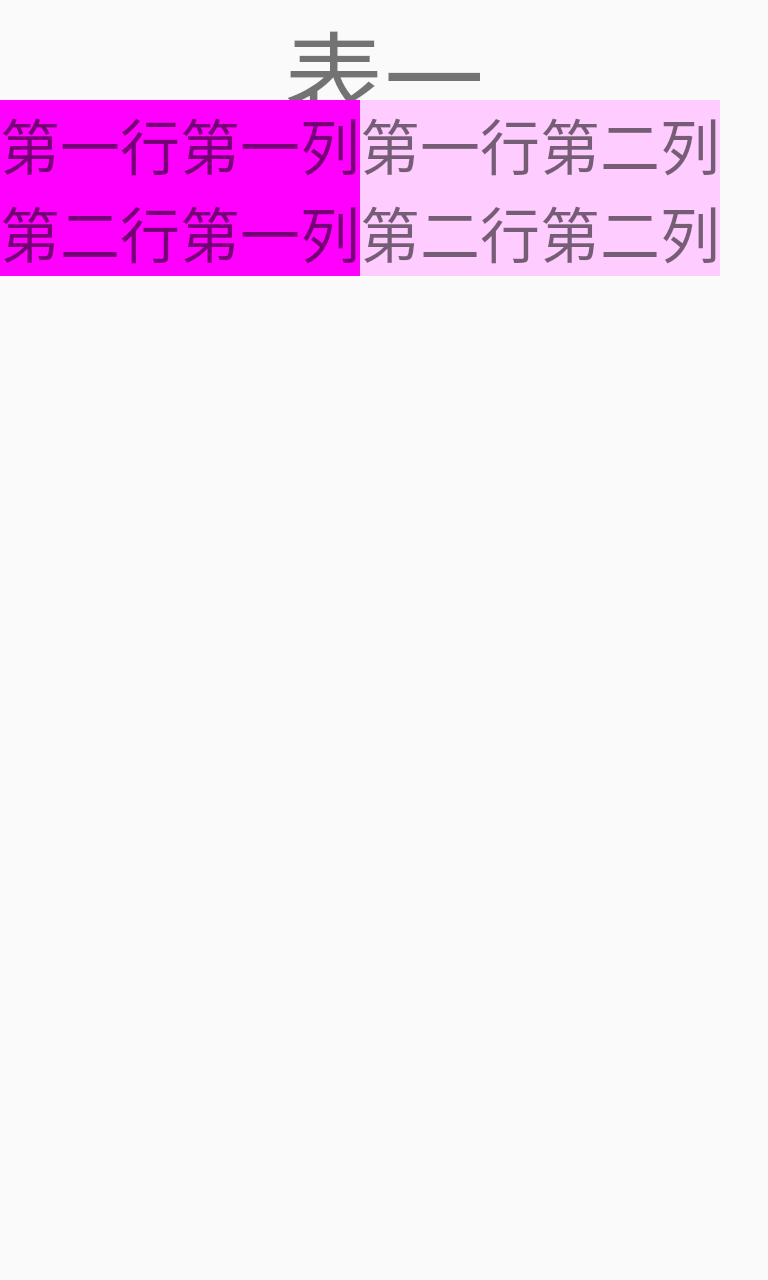
Repository: A207/guanjingjing
Layout: day4/LayoutApp/res/layout/activity_table_layout.xml
An editor plug-in stored every save of this project. The layout is shown before and after the next save, followed by the edit.
It is drawn on a 768 x 1280 px phone screen (xhdpi) without system bars, with theme AppTheme; the app's code is not run.

Above is the layout before, as saved 2015-07-09 10:53:35.

### day4/LayoutApp/res/layout/activity_table_layout.xml
<?xml version="1.0" encoding="utf-8"?>
<TableLayout xmlns:android="http://schemas.android.com/apk/res/android"
    android:layout_width="match_parent"
    android:layout_height="match_parent" >

    <TextView
        android:layout_width="match_parent"
        android:layout_height="50dp"
        android:text="表一"
        android:textSize="50sp"
        android:gravity="center"></TextView>
    <TableRow
        android:layout_width="match_parent"
        android:layout_height="wrap_content">
        	<TextView
            	android:text="第一行第一列"
            	android:textSize="30sp"
            	android:background="#ff00ff"></TextView>
        		<TextView
            	android:text="第一行第二列"
            	android:textSize="30sp"
            	android:background="#ffccff"></TextView>
    </TableRow>
    <TableRow
        android:layout_width="match_parent"
        android:layout_height="wrap_content">
        	<TextView
            	android:text="第二行第一列"
            	android:textSize="30sp"
            	android:background="#ff00ff"></TextView>
        		<TextView
            	android:text="第二行第二列"
            	android:textSize="30sp"
            	android:background="#ffccff"></TextView>
    </TableRow>

</TableLayout>

Loaded but not shown: day4/LayoutApp/res/values/styles.xml (common file); day4/LayoutApp/res/values-v11/styles.xml (common file); day4/LayoutApp/res/values-v14/styles.xml (common file)

After the next save:
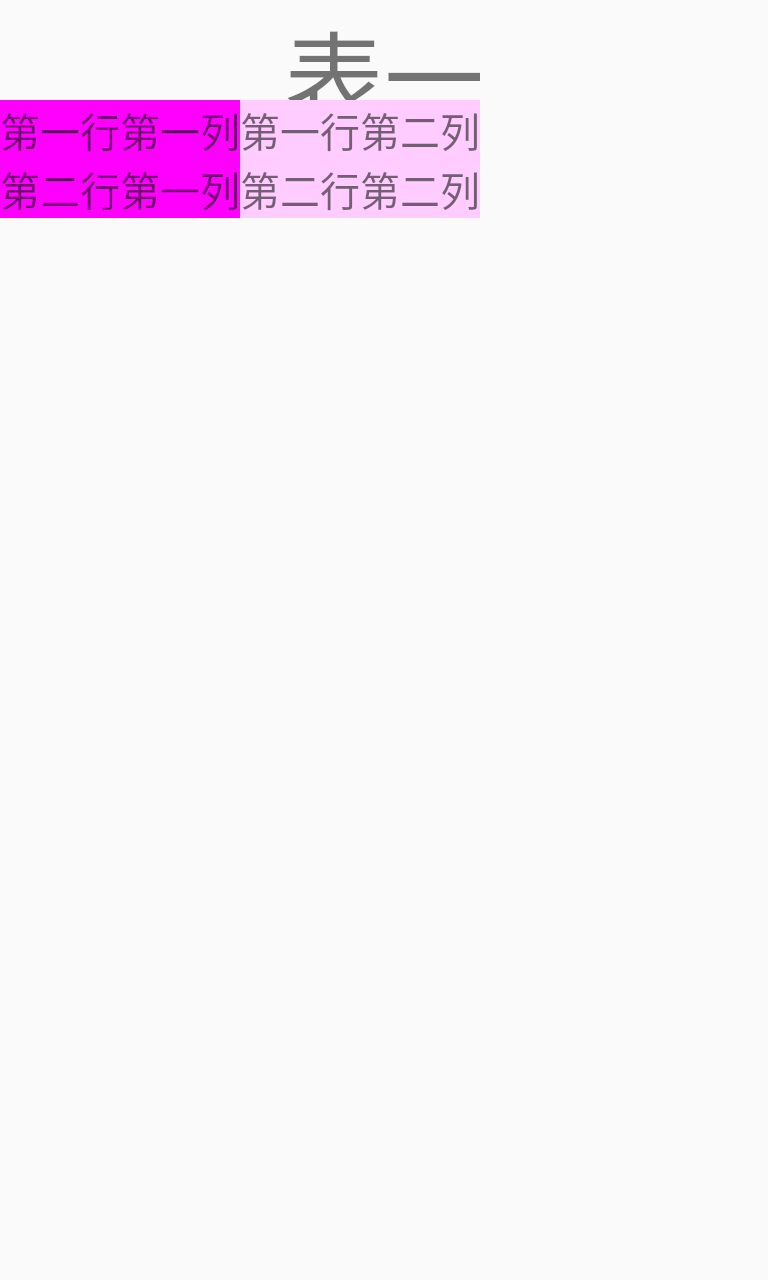
Saved 54 s later.
--- a/day4/LayoutApp/res/layout/activity_table_layout.xml
+++ b/day4/LayoutApp/res/layout/activity_table_layout.xml
@@ -14,11 +14,11 @@
         android:layout_height="wrap_content">
         	<TextView
             	android:text="第一行第一列"
-            	android:textSize="30sp"
+            	android:textSize="20sp"
             	android:background="#ff00ff"></TextView>
         		<TextView
             	android:text="第一行第二列"
-            	android:textSize="30sp"
+            	android:textSize="20sp"
             	android:background="#ffccff"></TextView>
     </TableRow>
     <TableRow
@@ -26,11 +26,11 @@
         android:layout_height="wrap_content">
         	<TextView
             	android:text="第二行第一列"
-            	android:textSize="30sp"
+            	android:textSize="20sp"
             	android:background="#ff00ff"></TextView>
         		<TextView
             	android:text="第二行第二列"
-            	android:textSize="30sp"
+            	android:textSize="20sp"
             	android:background="#ffccff"></TextView>
     </TableRow>
 
